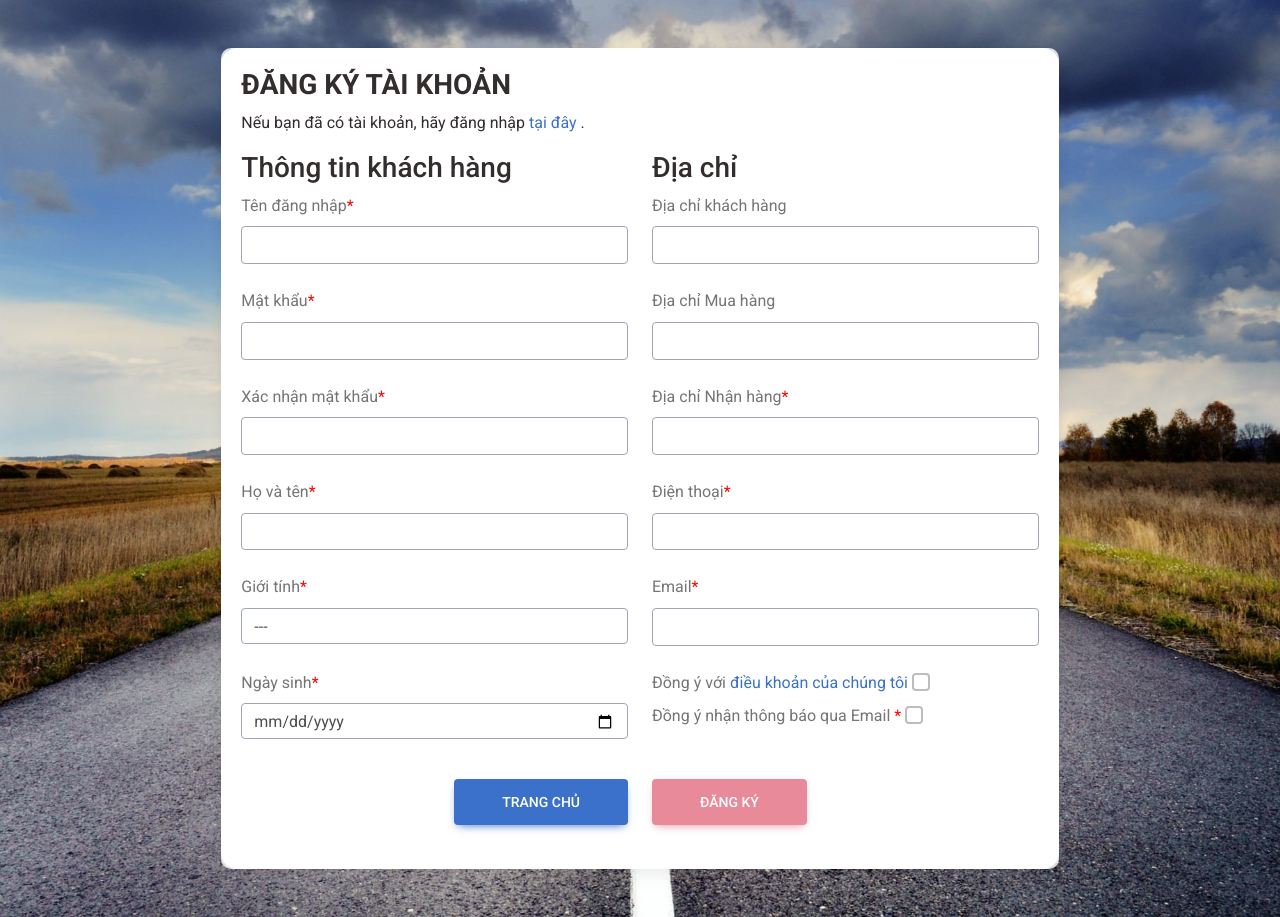
Repository: famtwendev/JSP_workspace
Page: http://localhost/Bai25_Bookstore12_TaoLayoutChoWebsite/KhachHang/dangky.jsp
An editor plug-in stored every save of this project. The page is shown before and after a run of saves, followed by the edit.
The browser window is 1280 px wide. The pictures show the whole page.
The page is served by Tomcat 9. Other server files are loaded and not shown. The template is opened directly, without the code that normally fills it, so the values that code supplies are empty.

Above is the page before, as saved 2024-03-25 17:36:33.
Console error: SyntaxError: Cannot use import statement outside a module

### Bai25_Bookstore12_TaoLayoutChoWebsite/src/main/webapp/KhachHang/dangky.jsp
<%@page import="model.KhachHang"%>
<%@ page language="java" contentType="text/html; charset=UTF-8" pageEncoding="UTF-8"%>
<!DOCTYPE html>
<html>
<head>
<meta charset="UTF-8">
<meta name="viewport" content="width=device-width, initial-scale=1.0" shrink-to-fit=no">
<title>Thay đổi thông tin</title>

<!-- MDB icon -->
<link rel="icon" href="img/mdb-favicon.ico" type="image/x-icon" />
<!-- Font Awesome -->
<link rel="stylesheet"
	href="https://cdnjs.cloudflare.com/ajax/libs/font-awesome/6.0.0/css/all.min.css" />
<!-- Google Fonts Roboto -->
<link rel="stylesheet"
	href="https://fonts.googleapis.com/css2?family=Roboto:wght@300;400;500;700;900&display=swap" />
<%
String url = request.getScheme() + "://" + request.getServerName() + ":" + request.getServerPort()
		+ request.getContextPath();
%>
<!-- MAIN CSS -->
<link rel="stylesheet" href="<%=url%>/css/maincs.css">
<link rel="stylesheet" href="<%=url%>/css/mdb.min.css">

<%
// Thiết lập biến session để xác định rằng trang đã được chuyển hướng từ một trang khác
session.setAttribute("redirectedFromAnotherPage", true);
%>
</head>
<body>
	<%
	Object objKH = session.getAttribute("khachHang");
	KhachHang khachHang = null;
	if (objKH != null)
		khachHang = (KhachHang) objKH;
	if (khachHang != null) {
		response.sendRedirect("./index.jsp"); // Thay "index.jsp" bằng URL của trang chính
	} else {
	%>
	<!-- Section: Design Block -->
	<section>
		<%
		String e_email = request.getAttribute("e_email") + "";
		e_email = (e_email.equals("null")) ? "" : e_email;

		String e_emailFormat = request.getAttribute("e_emailFormat") + "";
		e_emailFormat = (e_emailFormat.equals("null")) ? "" : e_emailFormat;

		String e_tenDangNhap = request.getAttribute("e_tenDangNhap") + "";
		e_tenDangNhap = (e_tenDangNhap.equals("null")) ? "" : e_tenDangNhap;

		String e_matKhau = request.getAttribute("e_matKhau") + "";
		e_matKhau = (e_matKhau.equals("null")) ? "" : e_matKhau;

		String tenDangNhap = request.getAttribute("tenDangNhap") + "";
		tenDangNhap = (tenDangNhap.equals("null")) ? "" : tenDangNhap;

		String hoVaTen = request.getAttribute("hoVaTen") + "";
		hoVaTen = (hoVaTen.equals("null")) ? "" : hoVaTen;

		String gioiTinh = request.getAttribute("gioiTinh") + "";
		gioiTinh = (gioiTinh.equals("null")) ? "" : gioiTinh;

		String ngaySinh = request.getAttribute("ngaySinh") + "";
		ngaySinh = (ngaySinh.equals("null")) ? "" : ngaySinh;

		String diaChiKhachHang = request.getAttribute("diaChiKhachHang") + "";
		diaChiKhachHang = (diaChiKhachHang.equals("null")) ? "" : diaChiKhachHang;

		String diaChiMuaHang = request.getAttribute("diaChiMuaHang") + "";
		diaChiMuaHang = (diaChiMuaHang.equals("null")) ? "" : diaChiMuaHang;

		String diaChiNhanHang = request.getAttribute("diaChiNhanHang") + "";
		diaChiNhanHang = (diaChiNhanHang.equals("null")) ? "" : diaChiNhanHang;

		String dienThoai = request.getAttribute("dienThoai") + "";
		dienThoai = (dienThoai.equals("null")) ? "" : dienThoai;

		String email = request.getAttribute("email") + "";
		email = (email.equals("null")) ? "" : email;

		String dongYNhanEmail = request.getAttribute("dongYNhanEmail") + "";
		dongYNhanEmail = (dongYNhanEmail.equals("null")) ? "" : dongYNhanEmail;
		%>

		<!-- neu block thi dung <div class = "container py-4 vh-100">  -->
		<div class="card-body py-5 h-100">
			<div class="container-fluid d-flex justify-content-center align-items-center">
				<div class="col-12 col-md-8 col-lg-6 col-xl-8">
					<div class="card text-dark" style="border-radius: 1rem;">
						<form id="myForm" class="form needs-validation m-0" action="<%=url%>/khach-hang" method="post">
							<input type="hidden" name="hanhDong" value="dang-ky">
							<h3 class="fw-bold">ĐĂNG KÝ TÀI KHOẢN</h3>
							<!-- 2 column grid layout with text inputs for the first and last names -->
							<p>
								Nếu bạn đã có tài khoản, hãy đăng nhập
								<a href="./dangnhap.jsp">tại đây</a>
								.
							</p>
							<div class="row">
								<div class="col-md-6 mb-4">
									<h3 class="mb-2">Thông tin khách hàng</h3>
									<div class="form-outline">
										<label for="tenDangNhap" class="form-label">Tên đăng nhập<span
											class="red">* <%=e_tenDangNhap%></span></label>
										<input type="text" class="form-control border border-secondary" id="tenDangNhap"
											name="tenDangNhap" required="required" value="<%=tenDangNhap%>">
									</div>
								</div>

								<div class="col-md-6 mb-4">
									<h3 class="mb-2">Địa chỉ</h3>
									<div class="form-outline">
										<label for="diaChiKhachHang" class="form-label">Địa chỉ khách hàng</label>
										<input type="text" class="form-control border border-secondary"
											id="diaChiKhachHang" name="diaChiKhachHang" value="<%=diaChiKhachHang%>">
									</div>
								</div>
							</div>


							<div class="row">
								<div class="col-md-6 mb-4">
									<div class="form-outline">
										<label for="matKhau" class="form-label">Mật khẩu<span class="red">* <%=e_matKhau%></span></label>
										<input type="password" class="form-control border border-secondary" id="matKhau"
											name="matKhau" required="required" onkeyup="kiemTraMatKhau()">
									</div>
								</div>
								<div class="col-md-6 mb-4">
									<div class="form-outline">
										<label for="diaChiMuaHang" class="form-label">Địa chỉ Mua hàng</label>
										<input type="text" class="form-control border border-secondary"
											id="diaChiMuaHang" name="diaChiMuaHang" value="<%=diaChiMuaHang%>">
									</div>
								</div>
							</div>


							<div class="row">
								<div class="col-md-6 mb-4">
									<div class="form-outline">
										<label for="matKhauNhapLai" class="form-label">Xác nhận mật khẩu<span
											class="red">*</span><span class="red" id="msg"></span>
										</label>
										<input type="password" class="form-control border border-secondary"
											id="matKhauNhapLai" name="matKhauNhapLai" required="required"
											onkeyup="kiemTraMatKhau()">
									</div>
								</div>
								<div class="col-md-6 mb-4">
									<div class="form-outline">
										<label for="diaChiNhanHang" class="form-label">Địa chỉ Nhận hàng<span
											class="red">*</span>
										</label>
										<input type="text" class="form-control border border-secondary"
											id="diaChiNhanHang" name="diaChiNhanHang" value="<%=diaChiNhanHang%>">
									</div>
								</div>
							</div>

							<div class="row">
								<div class="col-md-6 mb-4">
									<div class="form-outline">
										<label for="hoVaTen" class="form-label">Họ và tên<span class="red">*</span></label>
										<input type="text" class="form-control border border-secondary" id="hoVaTen"
											name="hoVaTen" value="<%=hoVaTen%>" required="required">
									</div>
								</div>
								<div class="col-md-6 mb-4">
									<div class="form-outline">
										<label for="dienThoai" class="form-label">Điện thoại<span class="red">*</span></label>
										<input type="tel" class="form-control border border-secondary" id="dienThoai"
											name="dienThoai" value="<%=dienThoai%>">
									</div>
								</div>
							</div>
							<div class="row">
								<div class="col-md-6 mb-4">
									<label for="gioiTinh" class="form-label">Giới tính<span class="red">*</span></label>
									<select class="form-control border border-secondary" id="gioiTinh"
										name="gioiTinh" required="required">
										<option selected disabled hidden>---</option>
										<option value="Nam" <%=(gioiTinh.equals("Nam")) ? "selected='selected'" : ""%>>Nam</option>
										<option value="Nữ" <%=(gioiTinh.equals("Nữ")) ? "selected='selected'" : ""%>>Nữ</option>
										<option value="Khác" <%=(gioiTinh.equals("Khác")) ? "selected='selected'" : ""%>>Khác</option>
									</select>
								</div>
								<div class="col-md-6 mb-4">
									<div class="form-outline">
										<label for="email" class="form-label">Email<span class="red">* <%=e_email%>
												<%=e_emailFormat%></span></label>
										<input type="email" class="form-control border border-secondary" id="email"
											name="email" value="<%=email%>">
									</div>
								</div>
							</div>
							<div class="row">
								<div class="col-md-6 mb-4">
									<label for="ngaySinh" class="form-label">Ngày sinh<span class="red">*</span></label>
									<input type="date" class="form-control border border-secondary" id="ngaySinh"
										name="ngaySinh" value="<%=ngaySinh%>" required="required">
								</div>
								<div class="col-md-6 mb-4">
									<div>
										<label for="dongYDieuKhoan" class="form-label">Đồng ý với <a href="#">điều
												khoản của chúng tôi </a>
										</label>
										<input type="checkbox" class="form-check-input" id="dongYDieuKhoan"
											name="dongYDieuKhoan">
									</div>

									<div>
										<label for="dongYNhanEmail" class="form-label">Đồng ý nhận thông báo qua
											Email <span class="red">*</span>
										</label>
										<input type="checkbox" class="form-check-input" id="dongYNhanEmail"
											name="dongYNhanEmail" <%=(dongYNhanEmail.equals("1")) ? "checked" : ""%>>
									</div>
								</div>
							</div>
							<div class="row justify-content-center align-items-center">
								<div class="col-md-6 mb-4" style="text-align: right;">
									<!-- Nút button về trang chủ -->
									<a href="../index.jsp" class="btn btn-primary btn-lg px-5 mt-3"> Trang chủ </a>
								</div>
								<!-- Sử dụng lưới bootstrap -->
								<div class="col-md-6 mb-4">
									<input class="btn btn-danger btn-lg px-5 mt-3" type="submit" value="Đăng ký"
										name="submit" id="submit" disabled>
								</div>
							</div>

						</form>
					</div>
				</div>
			</div>
		</div>
	</section>

	<!-- function js -->
	<script src="<%=url%>/js/mainjs.js"></script>

	<!-- MDB -->
	<script type="text/javascript" src="<%=url%>/js/mdb.umd.min.js"></script>
	<script type="text/javascript">// Initialization for ES Users
    import { Input, initMDB } from "mdb-ui-kit";
    initMDB({ Input });
</script>
	<%
	}
	%>
	<!-- Section: Design Block -->
	<!-- <script>
	function kiemTraMatKhau() {
		matKhau = document.getElementById("matKhau").value;
		matKhauNhapLai = document.getElementById("matKhauNhapLai").value;
		if (matKhau != matKhauNhapLai) {
			document.getElementById("msg").textContent = "  Mật khẩu không khớp!";
			return false;
		} else {
			document.getElementById("msg").textContent = "";
			return true;
		}
	}
</script>  -->
</body>
</html>

### Bai25_Bookstore12_TaoLayoutChoWebsite/src/main/webapp/css/maincs.css
@charset "UTF-8";
body {
	margin: 0;
	padding: 0;
	background-image: url(../img/background.jpg);
	/* Đường dẫn đến hình nền */
	background-size: cover;
}

.red {
	color: red;
}

form {
	background-color: rgba(255, 255, 255, 0.8); /* Màu nền trong suốt */
	margin-top: 5rem;
	padding: 20px;
	border-radius: 10px;
}

### Bai25_Bookstore12_TaoLayoutChoWebsite/src/main/webapp/js/mainjs.js
/**
 *
 */

// Gọi hàm kiểm tra dữ liệu khi tài liệu được tải hoàn toàn
document.addEventListener('DOMContentLoaded', function() {
    kiemTraDuLieu(); // Gọi hàm kiểm tra dữ liệu khi tài liệu được tải hoàn toàn

    // Gán sự kiện cho các phần tử HTML
    document.getElementById('tenDangNhap').addEventListener('keyup', kiemTraDuLieu);
    document.getElementById('matKhau').addEventListener('keyup', kiemTraDuLieu);
    document.getElementById('matKhauNhapLai').addEventListener('keyup', kiemTraDuLieu);
    document.getElementById('hoVaTen').addEventListener('keyup', kiemTraDuLieu);
    document.getElementById('gioiTinh').addEventListener('change', kiemTraDuLieu);
    document.getElementById('ngaySinh').addEventListener('change', kiemTraDuLieu);
    document.getElementById('diaChiNhanHang').addEventListener('keyup', kiemTraDuLieu);
    document.getElementById('dienThoai').addEventListener('keyup', kiemTraDuLieu);
    document.getElementById('email').addEventListener('keyup', kiemTraDuLieu);
    document.getElementById('dongYDieuKhoan').addEventListener('change', kiemTraDuLieu);
});

// Hàm kiểm tra dữ liệu
function kiemTraDuLieu() {
    // Kiểm tra dữ liệu và điều chỉnh thuộc tính disabled cho nút submit
    var tenDangNhap = document.getElementById('tenDangNhap').value;
    var matKhau = document.getElementById('matKhau').value;
    var matKhauNhapLai = document.getElementById('matKhauNhapLai').value;
    var hoVaTen = document.getElementById('hoVaTen').value;
    var gioiTinh = document.getElementById('gioiTinh').value;
    var ngaySinh = document.getElementById('ngaySinh').value;
    var diaChiNhanHang = document.getElementById('diaChiNhanHang').value;
    var dienThoai = document.getElementById('dienThoai').value;
    var email = document.getElementById('email').value;
    var dongYDieuKhoan = document.getElementById('dongYDieuKhoan').checked;


    if (tenDangNhap.trim() !== '' && matKhau.trim() !== '' && matKhauNhapLai.trim() !== '' &&
        hoVaTen.trim() !== '' && gioiTinh.trim() !== '' && ngaySinh.trim() !== '' &&
        diaChiNhanHang.trim() !== '' && dienThoai.trim() !== '' && email.trim() !== '' &&
        dongYDieuKhoan && kiemTraMatKhau()) {
        document.getElementById('submit').removeAttribute('disabled');
    } else {
        document.getElementById('submit').setAttribute('disabled', 'disabled');
    }
}


function kiemTraMatKhau() {
	matKhau = document.getElementById("matKhau").value;
	matKhauNhapLai = document.getElementById("matKhauNhapLai").value;
	if (matKhau != matKhauNhapLai) {
		document.getElementById("msg").textContent = "  Mật khẩu không khớp!";
		return false;
	} else {
		document.getElementById("msg").textContent = "";
		return true;
	}
}

Loaded but not shown: Bai25_Bookstore12_TaoLayoutChoWebsite/src/main/webapp/css/mdb.min.css (library); Bai25_Bookstore12_TaoLayoutChoWebsite/src/main/webapp/js/mdb.umd.min.js (library)

After the next 2 saves:
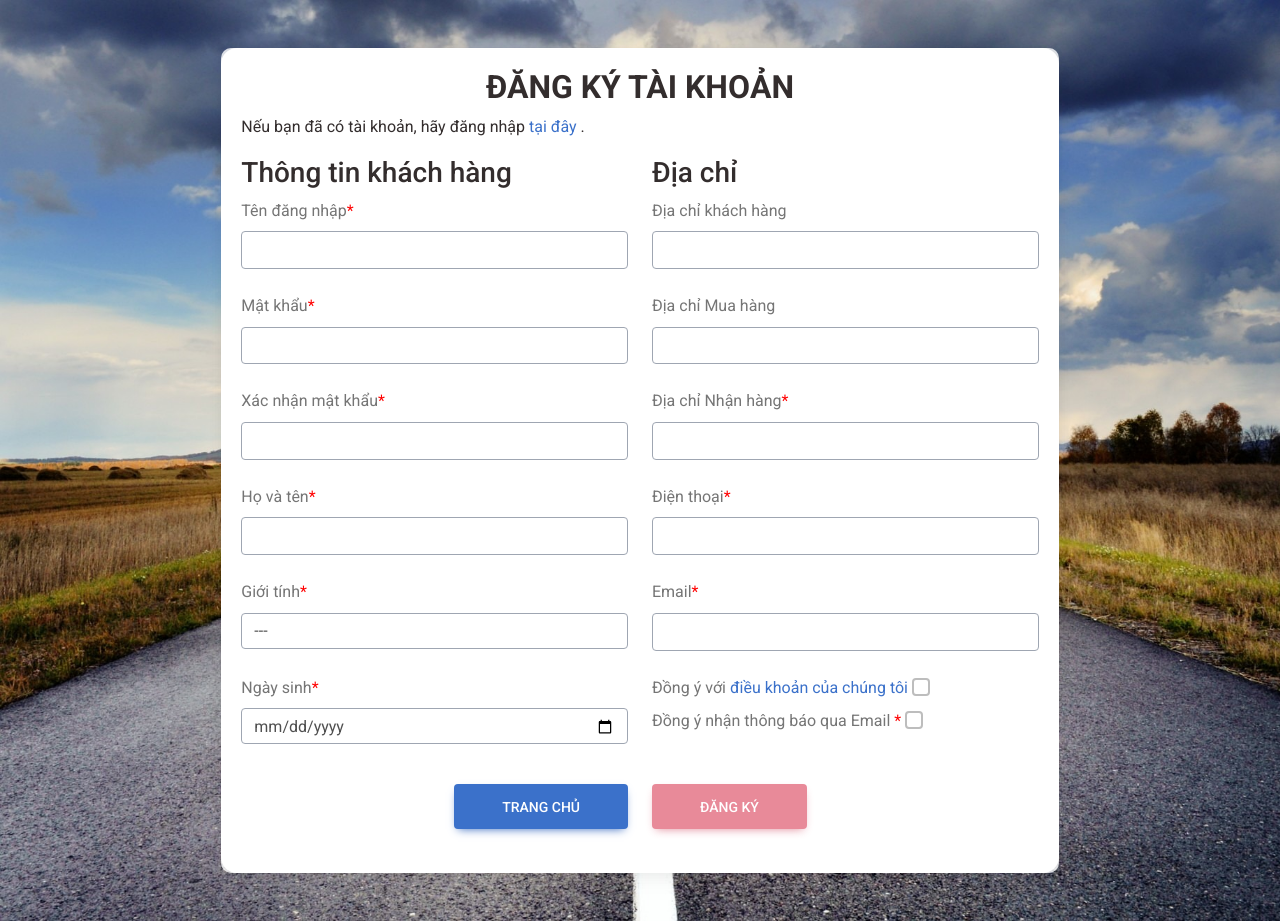
The 2 saves are shown as one change because they came seconds apart.
The last was saved 16 s later.
--- a/Bai25_Bookstore12_TaoLayoutChoWebsite/src/main/webapp/KhachHang/dangky.jsp
+++ b/Bai25_Bookstore12_TaoLayoutChoWebsite/src/main/webapp/KhachHang/dangky.jsp
@@ -91,7 +91,7 @@ session.setAttribute("redirectedFromAnotherPage", true);
 					<div class="card text-dark" style="border-radius: 1rem;">
 						<form id="myForm" class="form needs-validation m-0" action="<%=url%>/khach-hang" method="post">
 							<input type="hidden" name="hanhDong" value="dang-ky">
-							<h3 class="fw-bold">ĐĂNG KÝ TÀI KHOẢN</h3>
+							<h2 class="fw-bold text-center">ĐĂNG KÝ TÀI KHOẢN</h2>
 							<!-- 2 column grid layout with text inputs for the first and last names -->
 							<p>
 								Nếu bạn đã có tài khoản, hãy đăng nhập
